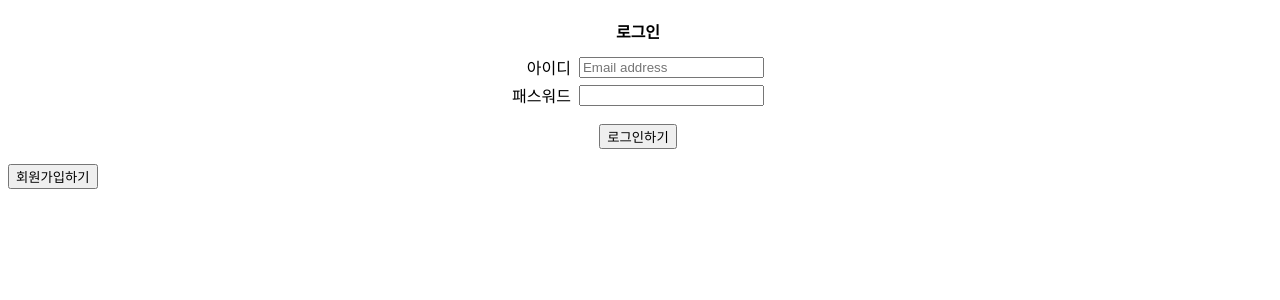
Repository: Dnut0121/2023_JSP
Page: http://localhost/Hello2/loginForm.jsp
An editor plug-in stored every save of this project. The page is shown before and after the next save, followed by the edit.
The browser window is 1280 px wide. The pictures show the whole page.
The page is served by Tomcat 9.

Above is the page before, as saved 2023-11-29 03:12:09.

After the next save:
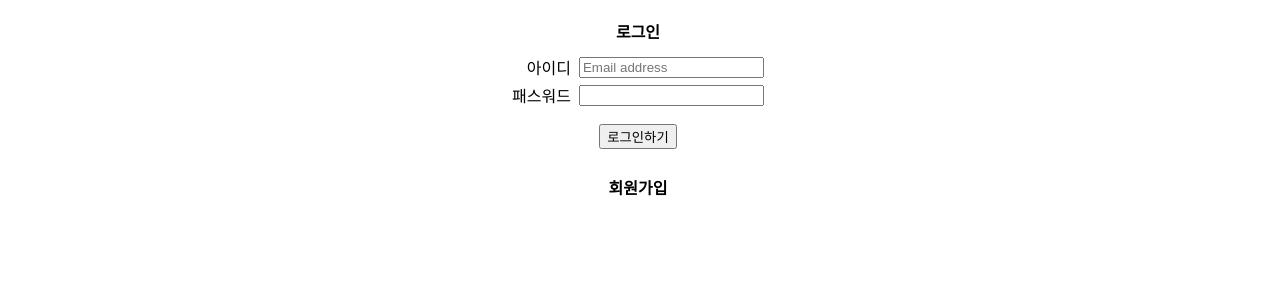
Saved 27 s later.
--- a/201907036_KDH/Hello2/src/main/webapp/loginForm.jsp
+++ b/201907036_KDH/Hello2/src/main/webapp/loginForm.jsp
@@ -26,6 +26,7 @@
 	</form>
 
 	<form action="signup.jsp">
-	<a href='signup.jsp'><button>회원가입하기</button></a>
+	<table align=center>
+	<tr><td colspan=2 align=center height=40><b>회원가입</b><td></tr>
 </body>
 </html>
